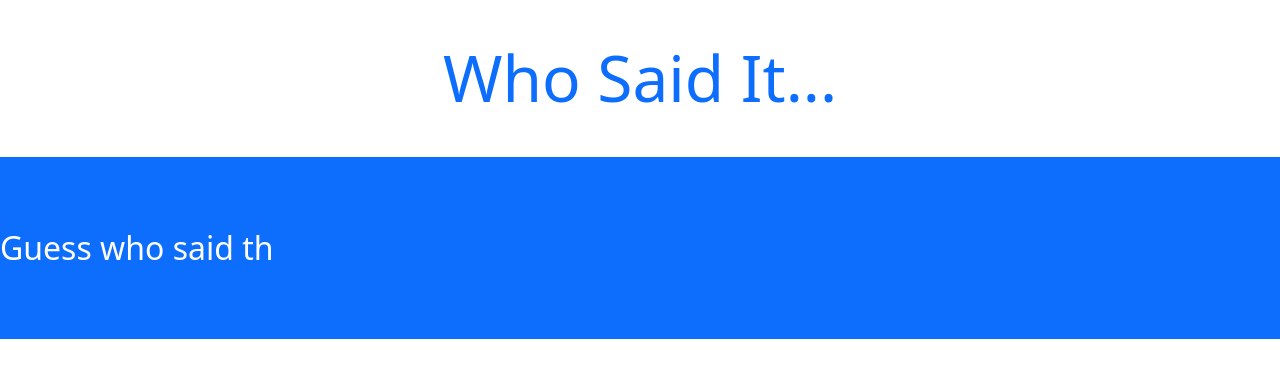
Repository: julihocc/Presentation-02-Forms-with-vanilla-JS
Page: index.html
The author's editor kept a copy of each file at every save. The page is drawn from the files as they stood at one save, then again after the next save.
The browser window is 1280 px wide. The pictures show the whole page.

Above is the page before, as saved 2022-09-27 13:16:36.

### index.html
<!-- step 0.1: create HTML5 template -->
<!DOCTYPE html>
<html lang="en">

<head>
    <meta charset="UTF-8">
    <meta http-equiv="X-UA-Compatible" content="IE=edge">
    <meta name="viewport" content="width=device-width, initial-scale=1.0">

    <!-- step 0.4: include bootstrap -->
    <!-- CSS only -->
    <link href="https://cdn.jsdelivr.net/npm/bootstrap@5.2.1/dist/css/bootstrap.min.css" rel="stylesheet"
        integrity="sha384-iYQeCzEYFbKjA/T2uDLTpkwGzCiq6soy8tYaI1GyVh/UjpbCx/TYkiZhlZB6+fzT" crossorigin="anonymous">

        <!-- step 0.2: change title -->
    <title>Who Said It...</title>
</head>

<body>

    <!-- step 1.1 top section -->
    <div class="intro py-3 bg-white text-center">
        <div class="container">
            <h2 class="text-primary display-3 my-4">
                Who Said It...
            </h2>
        </div>
    </div>

    <!-- step 1.4: quiz section -->
    <div class="quiz py-4 bg-primary">
        <div class="containter">
            <h2 class="my-5 text-white">
                Guess who said th
            </h2>
        </div>
    </div>

    <!-- step 0.3: link js -->
    <script src="app.js"></script>
</body>

</html>

Loaded but not shown: app.js (no copy from this time; the picture is the same without it)

After the next save:
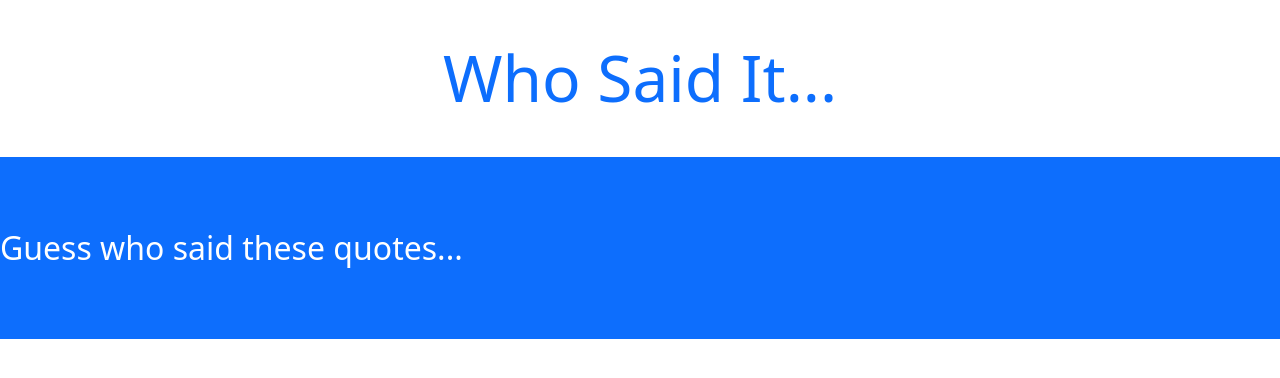
Saved 6 s later.
--- a/index.html
+++ b/index.html
@@ -31,7 +31,7 @@
     <div class="quiz py-4 bg-primary">
         <div class="containter">
             <h2 class="my-5 text-white">
-                Guess who said th
+                Guess who said these quotes...
             </h2>
         </div>
     </div>
